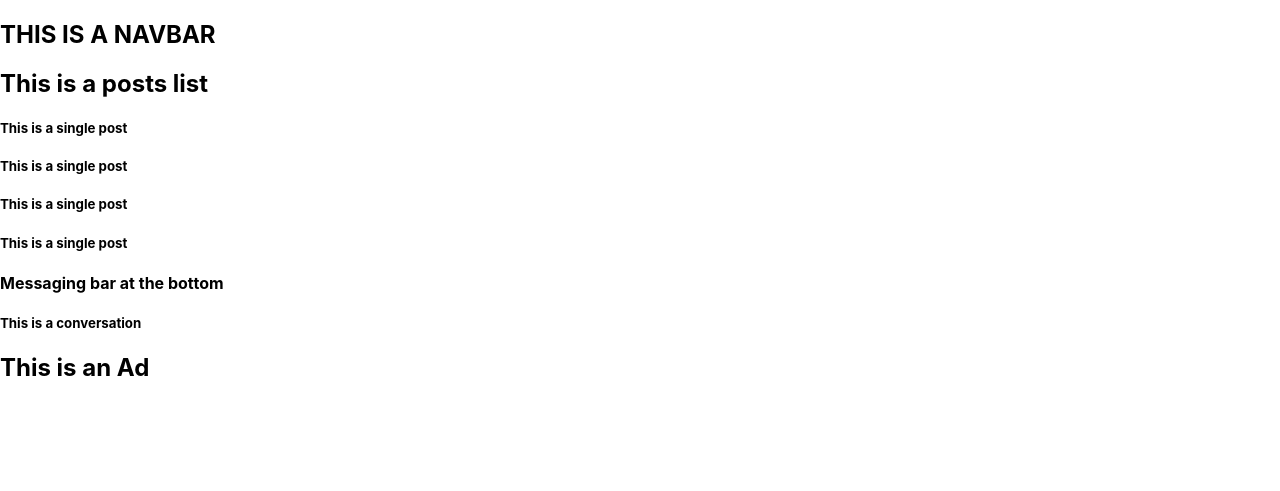
Repository: react-for-web-developers/03-react-components
Page: / (app in exercises/linkedin/)
These files come from the project's save history. The page is drawn as it stood at one moment and after the next save; the edit follows.
The browser window is 1280 px wide. The pictures show the whole page.
The project was rebuilt for these pictures with package versions that can differ from the ones it lists, and the page was loaded fresh each time. Also part of the build but not shown: exercises/linkedin/src/App.css.

Above is the page before, as saved 2021-10-13 23:10:08.

After the next save:
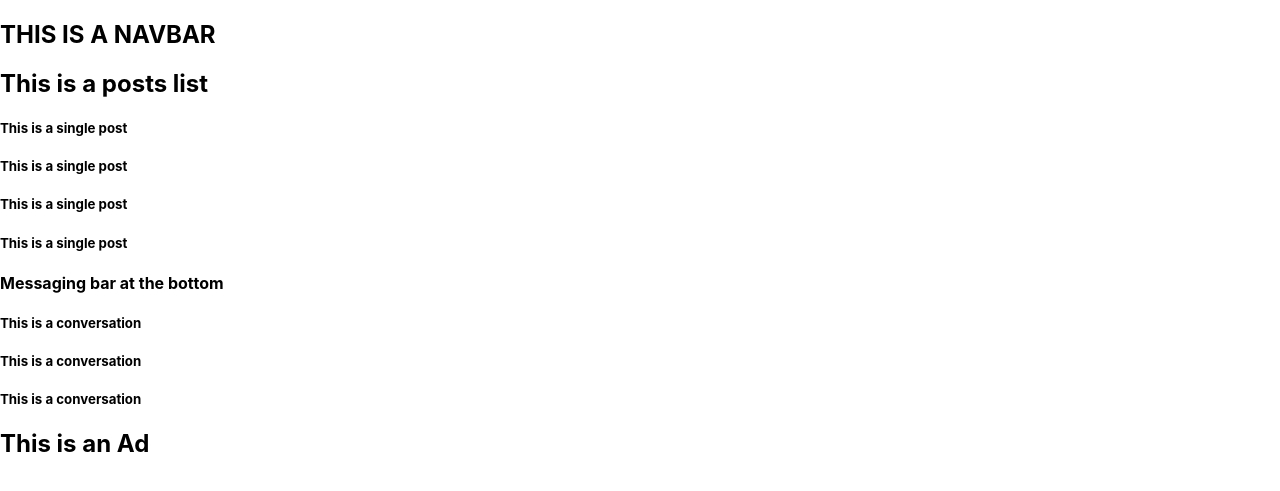
Saved 3 min 10 s later.
--- a/exercises/linkedin/src/components/Messaging.js
+++ b/exercises/linkedin/src/components/Messaging.js
@@ -7,6 +7,9 @@ export default function Messaging() {
         <div>
             <h4>Messaging bar at the bottom</h4>
             <Conversation/>
+            <Conversation/>
+            <Conversation/>
+
         </div>
     )
 }
